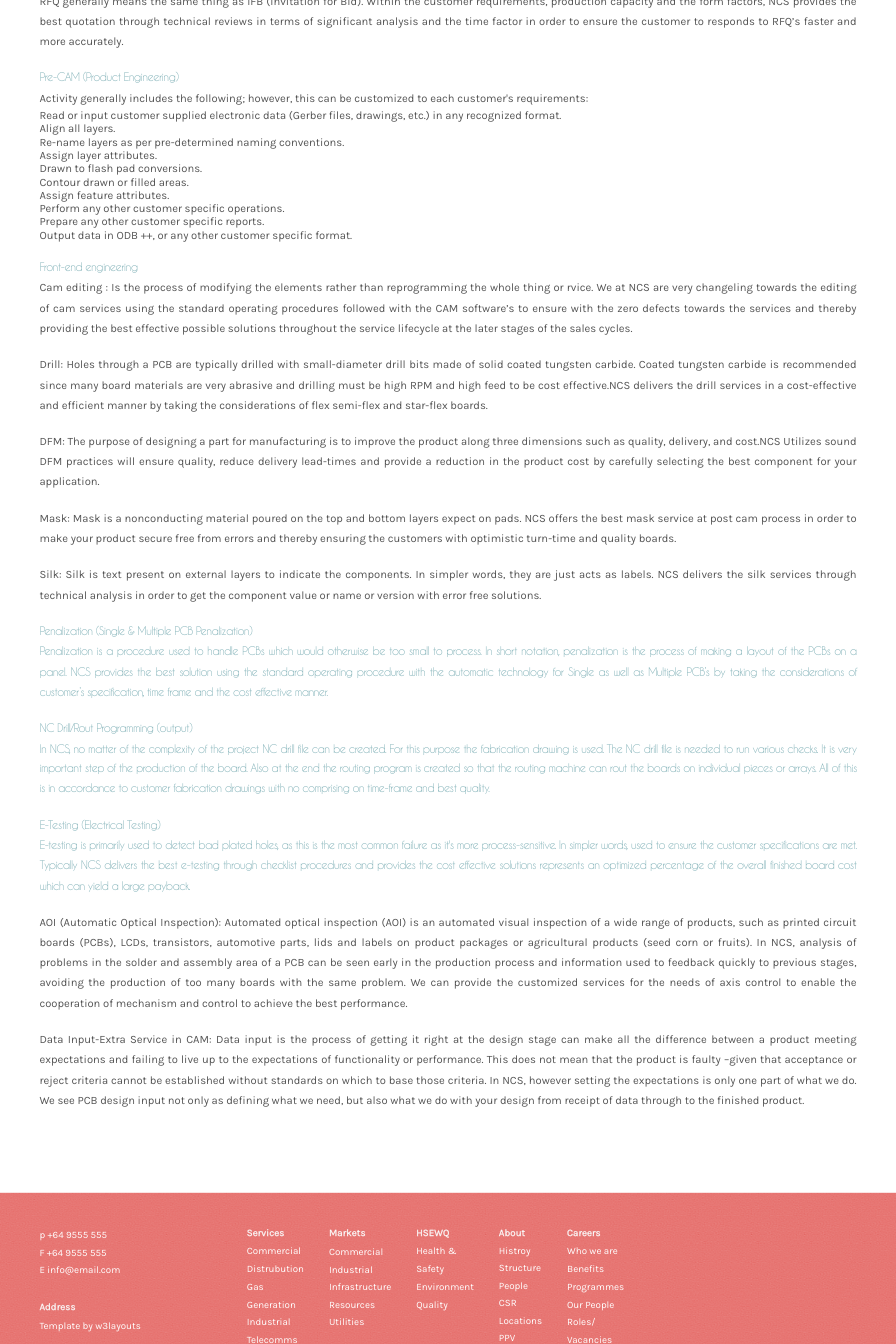
Repository: achalbi/NCS_demo
Page: public/CAM_Solutions.html
The author's editor kept a record of every edit. The page is drawn from the files as they stood at one moment, then again after the next edit.
The browser window is 1280 px wide. The pictures show the part of the page from y = 600 to 2520 px (the page is 2692 px tall), at 70% of full size.

Above is the page before.

### public/CAM_Solutions.html
<!--A Design by W3layouts
Author: W3layout
Author URL: http://w3layouts.com
License: Creative Commons Attribution 3.0 Unported
License URL: http://creativecommons.org/licenses/by/3.0/
-->
<!DOCTYPE HTML>
<html>
<head>
<title>The Organic Website Template | Infrastructure :: w3layouts</title>
<meta http-equiv="Content-Type" content="text/html; charset=utf-8" />
<meta name="viewport" content="width=device-width, initial-scale=1, maximum-scale=1">
<link href='http://fonts.googleapis.com/css?family=Karla' rel='stylesheet' type='text/css'>
<link href="css/style.css" rel="stylesheet" type="text/css" media="all" />
<script src="js/jquery.min.js"></script>
</head>
<body>
<!-- start header -->
<div class="header_bg1">
<div class="wrap">
<div class="wrapper">
	<div class="logo">
		<a href="index.html"><img src="images/logo.png" alt=""/> </a>
	</div>
	<div class="menu">
		<a class="toggleMenu" href="#">Menu</a>
		<ul class="nav">
			<li><a href="index.html">Home</a></li>
			<li><a href="#">Solutions</a>
				<ul>
					<li><a href="CAM_Solutions.html">CAM Solutions</a></li>
					<li><a href="Software_Solutions.html">Software Solutions</a></li>
					<li><a href="Engineering_Solutions.html">Engineering Solutions</a></li>
				</ul>
			</li>
			<li><a href="#">Company</a>
				<ul>
					<li><a href="Quality.html">Quality</a></li>
					<li><a href="Career.html">Career</a></li>
					<li><a href="Capabilities.html">Capabilities</a></li>
				</ul>
			</li>
			<li><a href="contact.html">Contact</a></li>
		</ul>
		</div>
		<div class="clear"></div>
	 <script type="text/javascript" src="js/script.js"></script>
	<div class="clear"></div>
</div>
</div>
</div>
<!-- start content -->
<div class="content_bg">
<div class="wrap">
<div class="wrapper">
	<div class="main">
	  <h2 class="style1">CAM SOLUTIONS</h2>
		<p class="para1">CAM (Computer-Aided Manufacturing) is a foremost front-end engineering solution that requires on time factor and accurate processing in any PCB Company. CAM services has been designed to help consistently accomplish the customers while gaining cost savings. NCS offers the CAM Services like RFQ, Pre-CAM/Product engineering, Front-end Engineering, Penalization, NC Drill Programming/Rout Programming, E-testing, AOI (Automatic optical Inspection), Data input is strived to produce the highest quality machined components in the safest, most efficient manner possible while still ensuring on time delivery of your products or services. </p>
		<p class="para1">  <span class= "style1_sub"> Requests for Quotation </span><br>
        A request for quotation (RFQ) is a standard business process whose purpose is to invite suppliers into a bidding process to bid on specific products or services. RFQ generally means the same thing as IFB (Invitation for Bid). Within the customer requirements, production capacity and the form factors, NCS provides the best quotation through technical reviews in terms of significant analysis and the time factor in order to ensure the customer to responds to RFQ’s faster and more accurately.
        </p>
        <p class="para1"> <span class= "style1_sub">  Pre-CAM (Product Engineering) </span>
        <br>
        Activity generally includes the following; however, this can be customized to each customer's requirements:
<ul >
<li style="color: #555555;">Read or input customer supplied electronic data (Gerber files, drawings, etc.) in any recognized format.</li>
<li style="color: #555555;">Align all layers.</li>
<li style="color: #555555;">Re-name layers as per pre-determined naming conventions.</li>
<li style="color: #555555;">Assign layer attributes.</li>
<li style="color: #555555;">Drawn to flash pad conversions.</li>
<li style="color: #555555;">Contour drawn or filled areas.</li>
<li style="color: #555555;">Assign feature attributes.</li>
<li style="color: #555555;">Perform any other customer specific operations.</li>
<li style="color: #555555;">Prepare any other customer specific reports.</li>
<li style="color: #555555;">Output data in ODB ++, or any other customer specific format.</li>
</ul>
        </p>
        <p class="para1"> <span class= "style1_sub">
        Front-end engineering</span><br>
        Cam editing :
Is the process of modifying the elements rather than reprogramming the whole thing or rvice. We at NCS are very changeling towards the editing of cam services using the standard operating procedures followed with the CAM software’s to ensure with the zero defects towards the services and thereby providing the best effective possible solutions throughout the service lifecycle at the later stages of the sales cycles.
        </p>
         <p class="para1">
       Drill:
Holes through a PCB are typically drilled with small-diameter drill bits made of solid coated tungsten carbide. Coated tungsten carbide is recommended since many board materials are very abrasive and drilling must be high RPM and high feed to be cost effective.NCS delivers the drill services in a cost-effective and efficient manner by taking the considerations of flex semi-flex and star-flex boards.
        </p>
         <p class="para1">
        DFM:
The purpose of designing a part for manufacturing is to improve the product along three dimensions such as quality, delivery, and cost.NCS Utilizes sound DFM practices will ensure quality, reduce delivery lead-times and provide a reduction in the product cost by carefully selecting the best component for your application.
        </p>
         <p class="para1">
       Mask:
Mask is a nonconducting material poured on the top and bottom layers expect on pads. NCS offers the best mask service at post cam process in order to make your product secure free from errors and thereby ensuring the customers with optimistic turn-time and quality boards.
        </p>
          <p class="para1">
      Silk:
Silk is text present on external layers to indicate the components. In simpler words, they are just acts as labels. NCS delivers the silk services through technical analysis in order to get the component value or name or version with error free solutions.
        </p>
         <p class="para1">  <span class= "style1_sub"> Penalization (Single & Multiple PCB Penalization)<br>
         Penalization is a procedure used to handle PCBs which would otherwise be too small to process. In short notation, penalization is the process of making a layout of the PCBs on a panel. NCS provides the best solution using the standard operating procedure with the automatic technology for Single as well as Multiple PCB’s by taking the considerations of customer’s specification, time frame and the cost effective manner.
         </p>
          <p class="para1">  <span class= "style1_sub"> NC Drill/Rout Programming (output)<br>
          In NCS, no matter of the complexity of the project NC drill file can be created. For this purpose the fabrication drawing is used. The NC drill file is needed to run various checks. It is very important step of the production of the board. Also at the end the routing program is created so that the routing machine can rout the boards on individual pieces or arrays. All of this is in accordance to customer fabrication drawings with no comprising on time-frame and best quality.
          </p>
           <p class="para1">  <span class= "style1_sub"> E-Testing (Electrical Testing)<br>
           E-testing is primarily used to detect bad plated holes, as this is the most common failure as it's more process-sensitive. In simpler words, used to ensure the customer specifications are met. Typically NCS delivers the best e-testing through checklist procedures and provides the cost effective solutions represents an optimized percentage of the overall finished board cost which can yield a large payback.
           </p>
            <p class="para1">AOI (Automatic Optical Inspection):
Automated optical inspection (AOI) is an automated visual inspection of a wide range of products, such as printed circuit boards (PCBs), LCDs, transistors, automotive parts, lids and labels on product packages or agricultural products (seed corn or fruits). In NCS, analysis of problems in the solder and assembly area of a PCB can be seen early in the production process and information used to feedback quickly to previous stages, avoiding the production of too many boards with the same problem. We can provide the customized services for the needs of axis control to enable the cooperation of mechanism and control to achieve the best performance.</p>
<p class="para1">Data Input-Extra Service in CAM:
Data input is the process of getting it right at the design stage can make all the difference between a product meeting expectations and failing to live up to the expectations of functionality or performance. This does not mean that the product is faulty –given that acceptance or reject criteria cannot be established without standards on which to base those criteria. In NCS, however setting the expectations is only one part of what we do. We see PCB design input not only as defining what we need, but also what we do with your design from receipt of data through to the finished product.</p>
    </div>
</div>
</div>
</div>
<!-- start footer -->
<div class="footer_bg">
<div class="wrap">
<div class="wrapper">
<div class="clear">
	<div class="f_grid">
		<div class="grid1_of_1">
			<div class="address">
				<p>p +64 9555 555</p>
				<p>F +64 9555 555</p>
				<p>E <a href="">info@email.com</a> </p>
				<h3 class="top">Address</h3>
				<p class="top">Template by <a href="http://w3layouts.com">w3layouts</a></p>
			</div>
		</div>
		<div class="grid1_of_2">
			<div class="f_grid2 left">
				<h3>Services</h3>
				<ul class="f_nav">
					<li><a href="">Commercial</a></li>
					<li><a href="">Distrubution</a></li>
					<li><a href="">Gas</a></li>
					<li><a href="">Generation</a></li>
					<li><a href="">Industrial</a></li>
					<li><a href="">Telecomms</a></li>
					<li><a href="">Transmition</a></li>
				</ul>
			</div>
			<div class="f_grid2 left">
			<h3>Markets</h3>
			<ul class="f_nav">
				<li><a href="">Commercial</a></li>
				<li><a href="">Industrial</a></li>
				<li><a href="">Infrastructure</a></li>
				<li><a href="">Resources</a></li>
				<li><a href="">Utilities</a></li>
			</ul>
			</div>
			<div class="f_grid2 left">
			<h3>HSEWQ</h3>
			<ul class="f_nav">
				<li><a href="">Health &</a></li>
				<li><a href="">Safety</a></li>
				<li><a href="">Environment</a></li>
				<li><a href="">Quality</a></li>
			</ul>
			</div>
			<div class="f_grid2 left hide">
			<h3>About</h3>
			<ul class="f_nav">
				<li><a href="">Histroy</a></li>
				<li><a href="">Structure</a></li>
				<li><a href="">People</a></li>
				<li><a href="">CSR</a></li>
				<li><a href="">Locations</a></li>
				<li><a href="">PPV</a></li>
			</ul>
			</div>
			<div class="f_grid2 left hide">
			<h3>Careers</h3>
			<ul class="f_nav">
				<li><a href="">Who we are</a></li>
				<li><a href="">Benefits</a></li>
				<li><a href="">Programmes</a></li>
				<li><a href="">Our People</a></li>
				<li><a href="">Roles/</a></li>
				<li><a href="">Vacancies</a></li>
			</ul>
			</div>
		</div>
		<div class="clear"></div>
	</div>
	</div>
</div>
</div>
</div>
</body>
</html>

Loaded but not shown: public/js/jquery.min.js (library); public/js/script.js (49 lines, source omitted); public/css/style.css (962 lines, source omitted)

After the next edit:
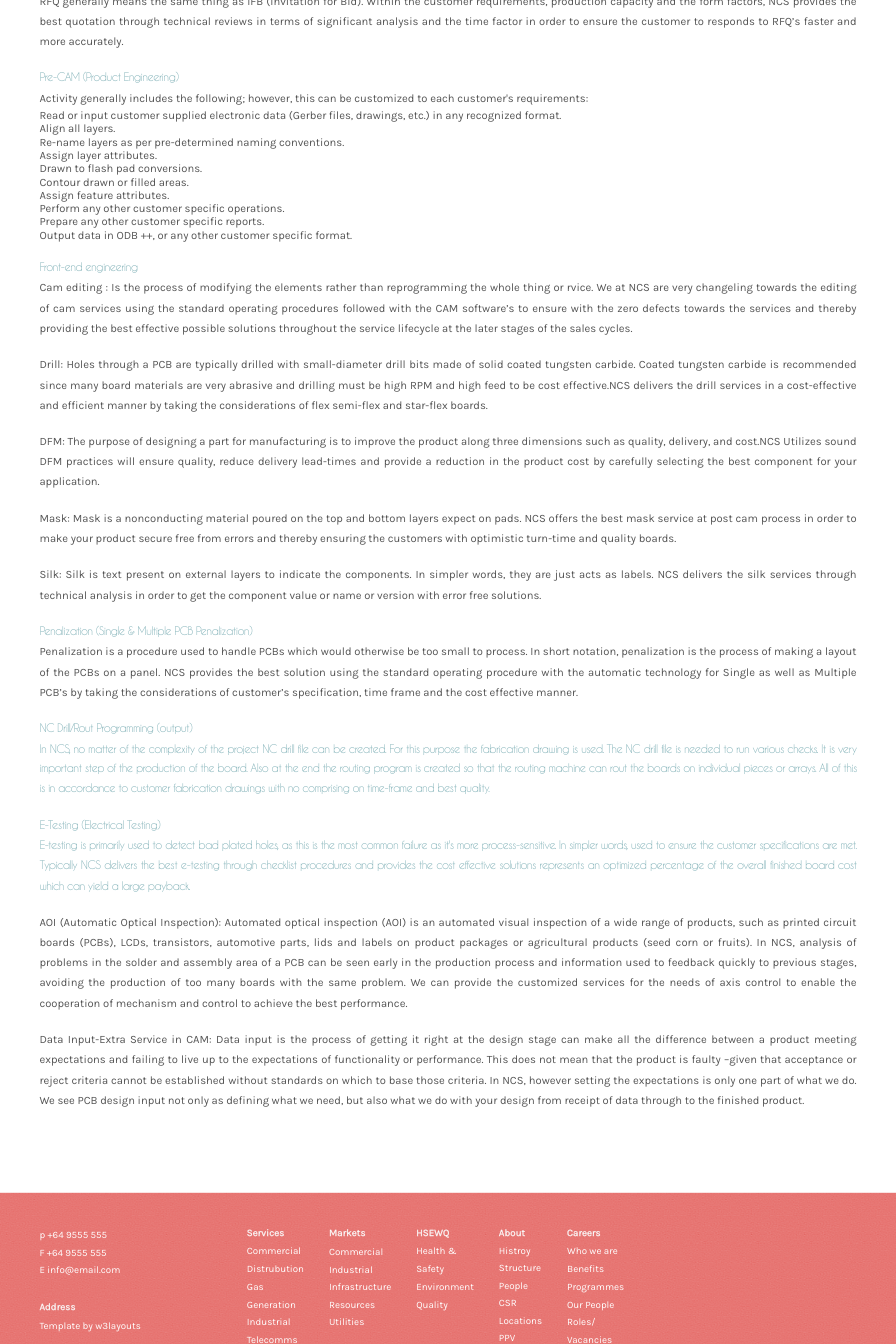
The edit:
--- a/public/CAM_Solutions.html
+++ b/public/CAM_Solutions.html
@@ -96,7 +96,7 @@
       Silk:
 Silk is text present on external layers to indicate the components. In simpler words, they are just acts as labels. NCS delivers the silk services through technical analysis in order to get the component value or name or version with error free solutions.
         </p>
-         <p class="para1">  <span class= "style1_sub"> Penalization (Single & Multiple PCB Penalization)<br>
+         <p class="para1">  <span class= "style1_sub"> Penalization (Single & Multiple PCB Penalization)</span><br>
          Penalization is a procedure used to handle PCBs which would otherwise be too small to process. In short notation, penalization is the process of making a layout of the PCBs on a panel. NCS provides the best solution using the standard operating procedure with the automatic technology for Single as well as Multiple PCB’s by taking the considerations of customer’s specification, time frame and the cost effective manner.
          </p>
           <p class="para1">  <span class= "style1_sub"> NC Drill/Rout Programming (output)<br>
